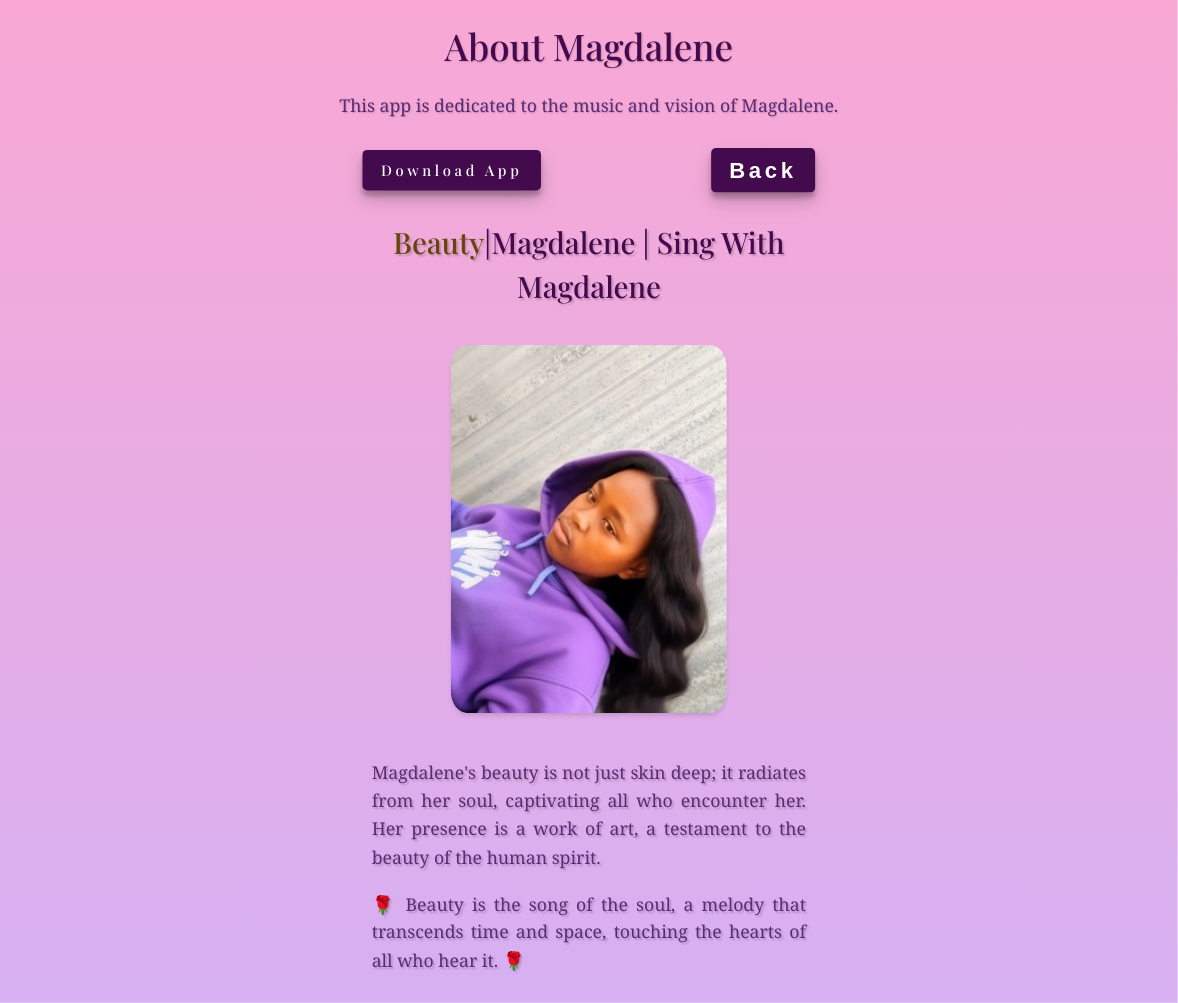
Repository: VladimirGagarin/Meg
Page: /#/about/aboutPerson/Beauty
An editor plug-in stored every save of this project. The page is shown before and after a run of saves, followed by the edit.
The browser window is 1280 px wide. The pictures show the whole page, at 92% of full size.
The project was rebuilt for these pictures with package versions that can differ from the ones it lists, and the page was loaded fresh each time. Also part of the build but not shown: vite.config.js, src/App.jsx, src/components/SongCard.css, src/components/SongCard.jsx, src/pages/HomeScreen.css, src/pages/HomeScreen.jsx, src/components/Controls.jsx, src/pages/SongScreen.css and 7 more. Imported but missing from the stored project, and not drawn on this page: src/assets/audios/Ember2.mp3, src/assets/audios/Empress.mp3, src/assets/audios/Fiesta.mp3, src/assets/audios/Fight_song.mp3, src/assets/audios/Furaha_Yangu.mp3, src/assets/audios/IamMagdalene.mp3, src/assets/audios/The beginning.mp3, src/assets/audios/anthem.mp3 and 35 more.

Above is the page before, as saved 2025-07-23 16:06:06.

After the next 3 saves:
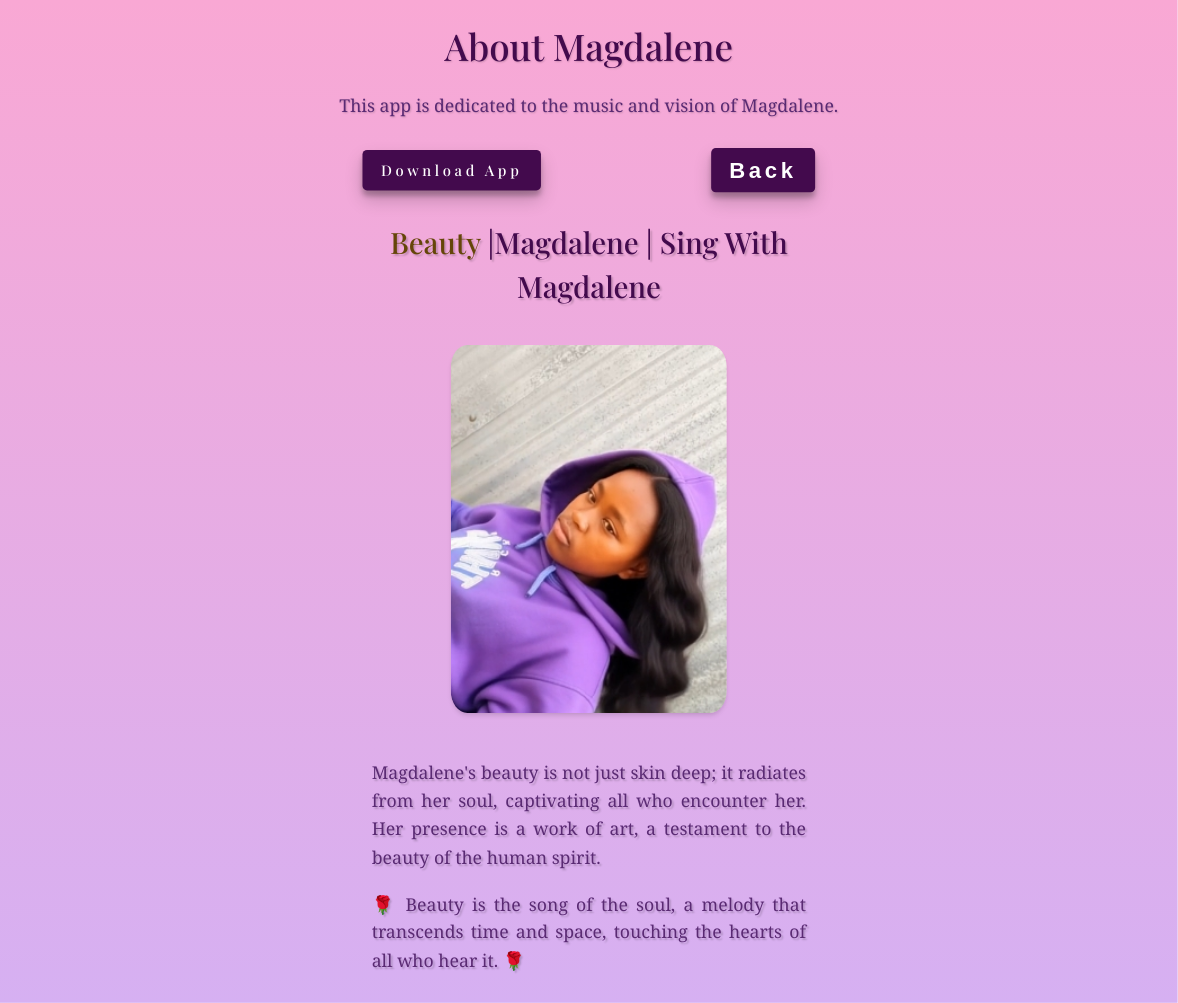
The 3 saves are shown as one change because they came seconds apart.
The last was saved 28 s later.
--- a/src/pages/AboutPerson.jsx
+++ b/src/pages/AboutPerson.jsx
@@ -12,7 +12,7 @@ export default function AboutPerson() {
   return (
     <div className="about-person">
       <h1>
-        <span className="about-character">{personInfo.character}</span>
+        <span className="about-character">{personInfo.character}</span>{" "}
         |Magdalene | Sing With Magdalene
       </h1>
       <img
